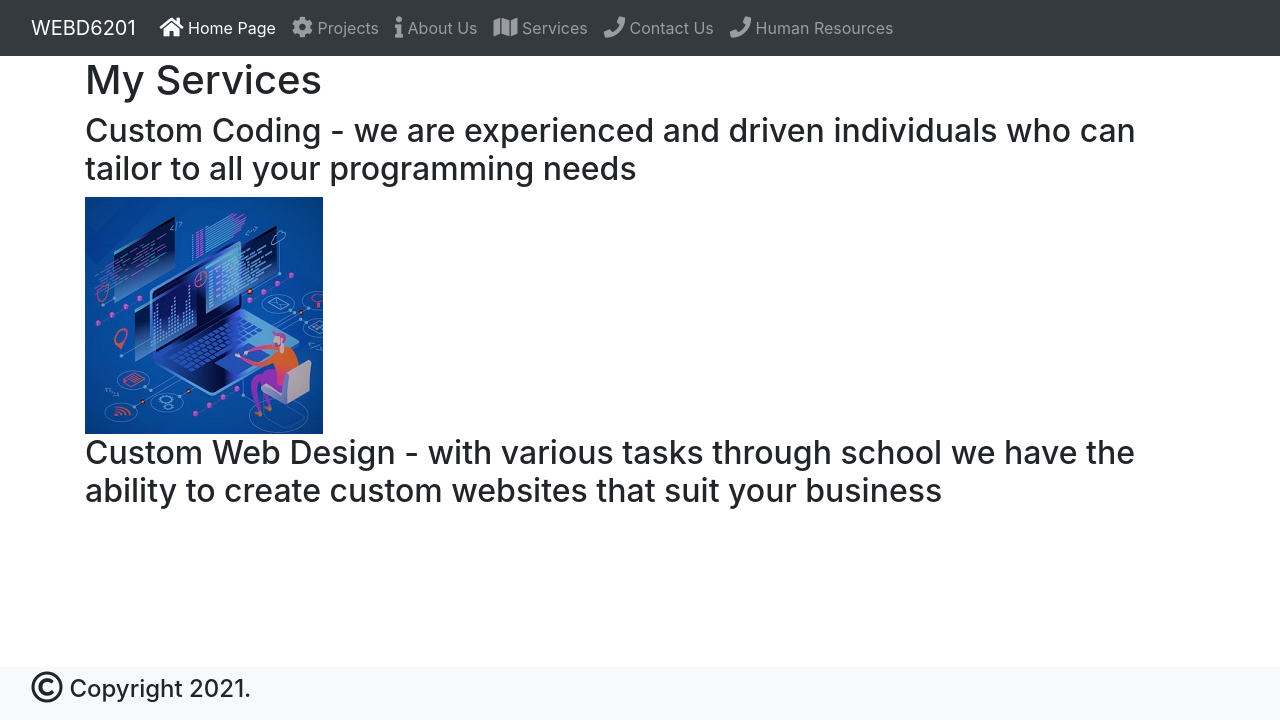
Repository: arbin6ix/ICE-2
Page: services.html
An editor plug-in stored every save of this project. The page is shown before and after the next save, followed by the edit.
The browser window is 1280 px wide. The pictures show the whole page.

Above is the page before, as saved 2021-02-05 22:48:54.

### services.html
<!DOCTYPE html>
<html lang="en">
<head>
    <meta charset="UTF-8">
    <meta name="viewport" content="width=device-width, initial-scale=1.0">
    <title>Services</title>
    <!-- CSS Section -->
    <link rel="stylesheet" href="./node_modules/bootstrap/dist/css/bootstrap.min.css">
    <link rel="stylesheet" href="./node_modules/@fortawesome/fontawesome-free/css/all.min.css">
    <link rel="stylesheet" href="./Content/app.css">
</head>
<body>
    <!-- Main Header -->
    <header>
        <!-- Main Navigation -->
        <nav class="navbar navbar-expand-lg navbar-dark bg-dark">
          <div class="container-fluid">
            <a class="navbar-brand" href="services.html">WEBD6201</a>
            <button class="navbar-toggler" type="button" data-bs-toggle="collapse" data-bs-target="#navbarSupportedContent" aria-controls="navbarSupportedContent" aria-expanded="false" aria-label="Toggle navigation">
              <span class="navbar-toggler-icon"></span>
            </button>
            <div class="collapse navbar-collapse" id="navbarSupportedContent";>
              <ul class="navbar-nav me-auto mb-2 mb-lg-0">
                <li class="nav-item">
                  <a class="nav-link active" aria-current="page" href="index.html"><i class="fas fa-home fa-lg"></i> Home Page</a>
                </li>

                <li class="nav-item">
                  <a class="nav-link" aria-current="page" href="projects.html"><i class="fas fa-cog fa-lg"></i> Projects</a>
                </li>

                <li class="nav-item">
                  <a class="nav-link" aria-current="page" href="about.html"><i class="fas fa-info fa-lg"></i> About Us</a>
                </li>

                <li class="nav-item">
                  <a class="nav-link" aria-current="page" href="services.html"><i class="fas fa-map fa-lg"></i> Services</a>
                </li>

                <li class="nav-item">
                  <a class="nav-link" aria-current="page" href="contact.html"><i class="fas fa-phone fa-lg"></i> Contact Us</a>
                </li>

                <li class="nav-item">
                  <a class="nav-link" aria-current="page" href="human-resources.html"><i class="fas fa-phone fa-lg"></i> Human Resources</a>
                </li>
              </ul>
            </div>
          </div>
        </nav>
  </header>
    <!-- Main Content -->
    <main class="container">
        <h1>My Services</h1>
        <h2>Custom Coding - we are experienced and driven individuals who can tailor to all your programming needs</h2>
        <img src="images/coding.jpg">
        <h2>Custom Web Design - with various tasks through school we have the ability to create custom websites that suit your business</h2>
    </main>

    <!-- Main Footer -->
    <footer>
        <nav class="navbar fixed-bottom navbar-light bg-light">
            <div class="container-fluid">
              <h4><i class="far fa-copyright fa-lg"></i> Copyright 2021.</h4>
            </div>
          </nav>
    </footer>

    <!-- Script Section-->
    <script src="./node_modules/jquery/dist/jquery.min.js"></script>
    <script src="./node_modules/bootstrap/dist/js/bootstrap.bundle.min.js"></script>
    <script src="./Scripts/app.js"></script>
</body>
</html>

### Scripts/app.js
/* custom JavaScript goes here */

//IIFE - Immediately Invoked Function Expression
//AKA - Anonymous Self-Executing Function
//Closure - limits scope leak

"use strict";
//Contact Class


(function()
{
    function displayHome()
    {
        let paragraphOneText =
          "This is a simple site to demonstrate DOM Manipulation for ICE 2";

        let paragraphOneElement = document.getElementById("paragraphOne");

        paragraphOneElement.textContent = paragraphOneText;
        paragraphOneElement.className = "fs-5";

        // Step 1. document.createElement
        let newParagraph = document.createElement("p");
        // Step 2. configure the element
        newParagraph.setAttribute("id", "paragraphTwo");
        newParagraph.textContent = "...And this is paragraph two";
        // Step 3. select the parent element
        let mainContent = document.getElementsByTagName("main")[0];
        // Step 4. Add / Insert the element
        mainContent.appendChild(newParagraph);

        newParagraph.className = "fs-6";

        // another way of injecting content
        let paragraphDiv = document.createElement("div");
        let paragraphThree = `<p id="paragraphThree" class="fs-7 fw-bold">And this is the Third Paragraph</p>`;
        paragraphDiv.innerHTML = paragraphThree;

        // insertions

        // example of inserting before a node
        //newParagraph.before(paragraphDiv);

        // example of inserting after a node
        newParagraph.after(paragraphDiv);

        // deletions

        // example of removing a single element
        //paragraphOneElement.remove();

        // example of removeChild
        mainContent.removeChild(paragraphOneElement);

        // update / modification
        //mainContent.firstElementChild.textContent = "Welcome Home!";

        mainContent.innerHTML = `<h1 id="firstHeading">Welcome to WEBD6201 - Lab 1</h1>
         <p id="paragraphOne" class="fs-3 fw-bold">This is my first Paragraph</p>
        `;

    }

    function displayAbout()
    {

    }

    function displayProjects()
    {

    }

    function displayServices()
    {

    }

    function displayContact()
    {
        let messageArea = document.getElementById("messageArea");
        messageArea.hidden = true;

        // form validation
        let fullName = document.getElementById("fullName");
        fullName.addEventListener("blur", function() {
            if(fullName.value.length < 2)
            {
                fullName.focus();
                fullName.select();
                messageArea.hidden = false;
                messageArea.className = "alert alert-danger";
                messageArea.textContent = "Please enter an appropriate Name";
            }
            else
            {
                messageArea.removeAttribute("class");
                messageArea.hidden = true;
            }
        });

        let sendButton = document.getElementById("sendButton");
        sendButton.addEventListener("click", function(event){
            //event.preventDefault();


            let contact = new Contact(fullName.value, contactNumber.value, emailAddress.value);
              localStorage.setItem((localStorage.length + 1).toString(), contact.serialize());







        });
    }

    function displayContactList()
    {
      if (localStorage.length > 0)
      {
        let contactList = document.getElementById("contactList");

        let data = "";

        for (let index = 0; index < localStorage.length; index++)
        {
          let contactData = localStorage.getItem((index + 1).toString());

          let contact = new Contact();
          contact.deserialize(contactData);

          data += `<tr>
          <th scope="row">${index + 1}</th>
          <td>${contact.FullName}</td>
          <td>${contact.ContactNumber}</td>
          <td>${contact.EmailAddress}</td>
        </tr>`;
        }

        contactList.innerHTML = data;
      }
    }



    function Start()
    {
        console.log("App Started...");

        switch (document.title)
        {
          case "Home":
              displayHome();
            break;
          case "About":
              displayAbout();
            break;
          case "Projects":
              displayProjects();
            break;
          case "Services":
              displayServices();
            break;
          case "Contact":
              displayContact();
            break;
          case "Contact-List":
            displayContactList();
          break;
        }

    }

    window.addEventListener("load", Start);

})();

Loaded but not shown: node_modules/bootstrap/dist/css/bootstrap.min.css (library); node_modules/@fortawesome/fontawesome-free/css/all.min.css (library); Content/app.css (common file); node_modules/jquery/dist/jquery.min.js (library); node_modules/bootstrap/dist/js/bootstrap.bundle.min.js (library)

After the next save:
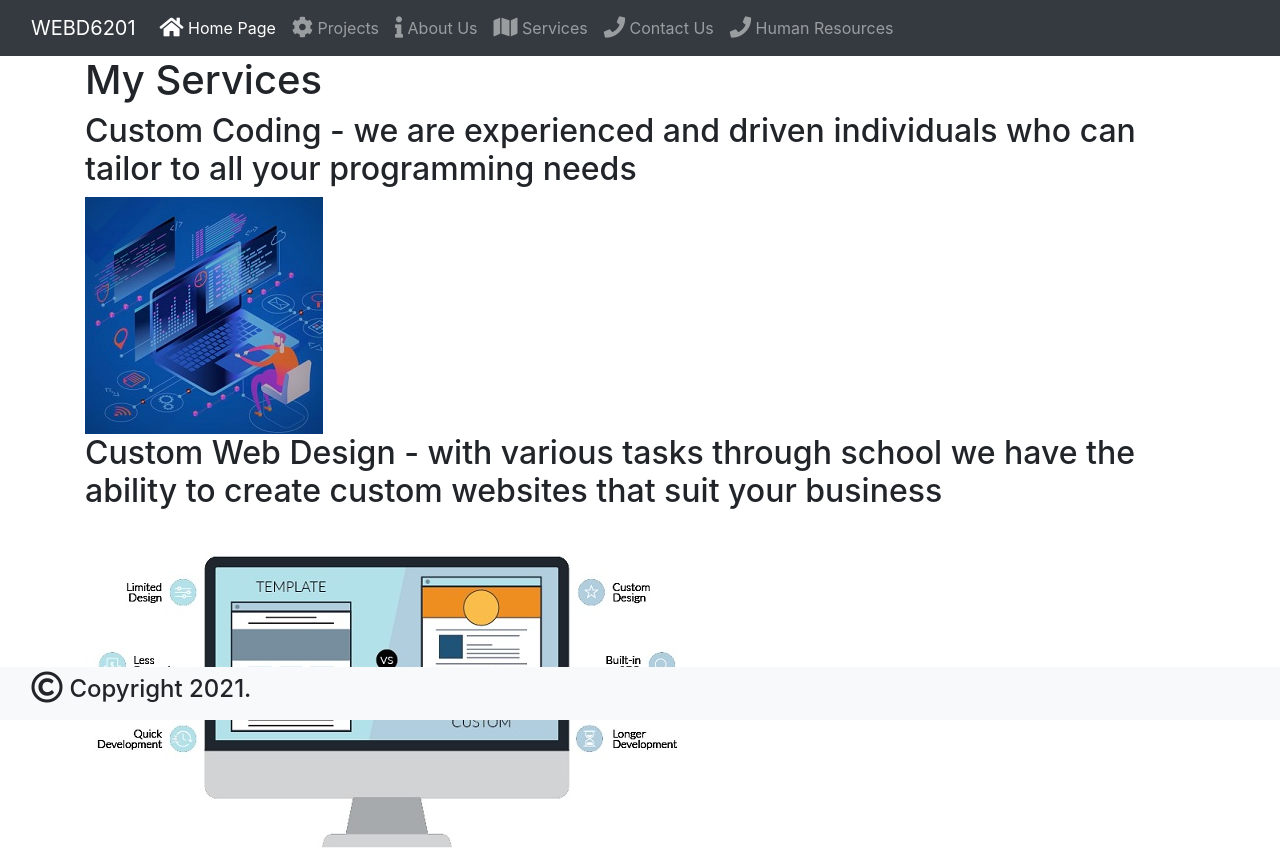
Saved 2 min 25 s later.
--- a/services.html
+++ b/services.html
@@ -55,6 +55,7 @@
         <h2>Custom Coding - we are experienced and driven individuals who can tailor to all your programming needs</h2>
         <img src="images/coding.jpg">
         <h2>Custom Web Design - with various tasks through school we have the ability to create custom websites that suit your business</h2>
+        <img src="images/webdesign.jpg">
     </main>
 
     <!-- Main Footer -->
